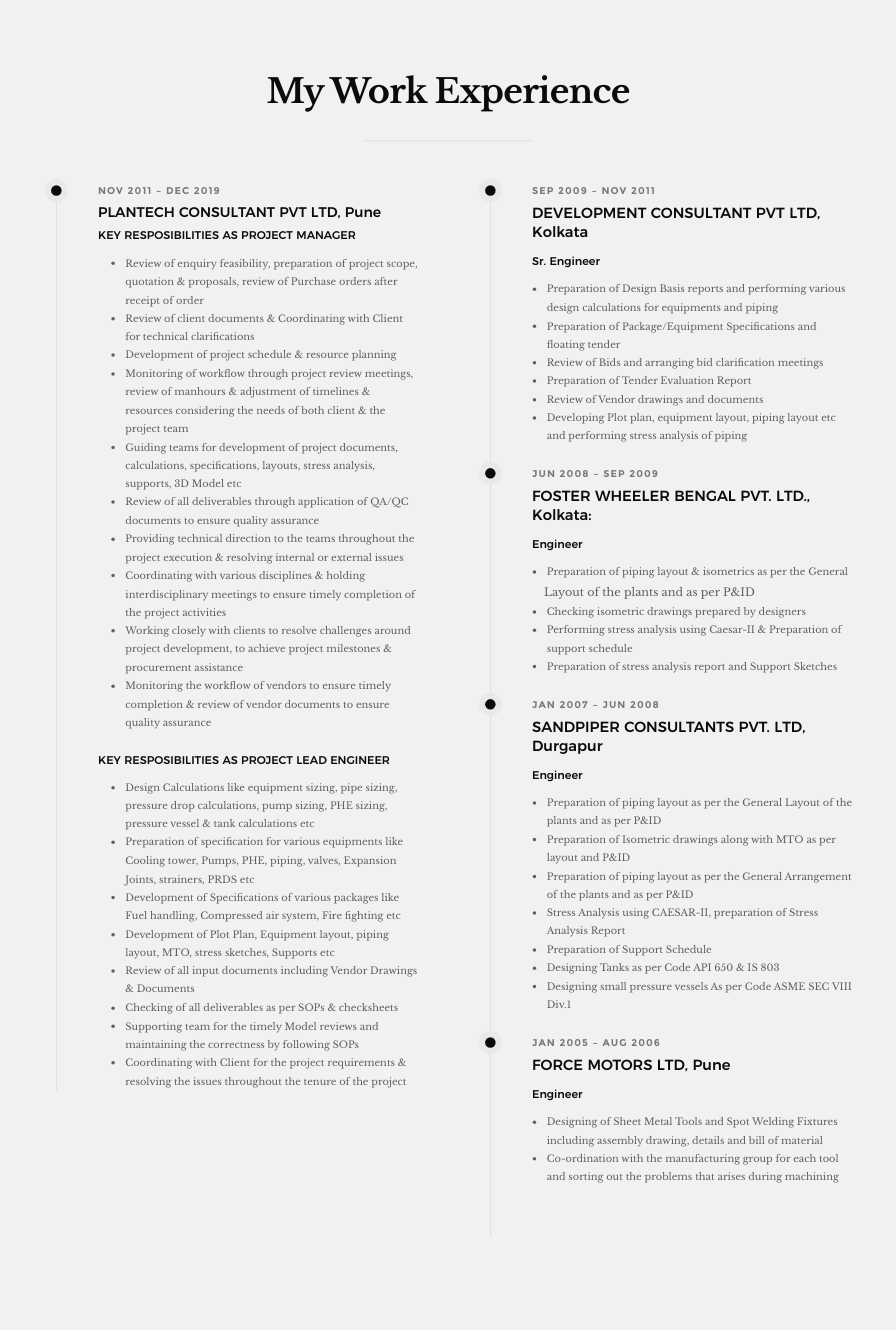
Repository: sumana1001/myprofile
Page: index.html
An editor plug-in stored every save of this project. The page is shown before and after the next save, followed by the edit.
The browser window is 1280 px wide. The pictures show the part of the page from y = 2444 to 4344 px (the page is 5769 px tall before and 5716 px after), at 70% of full size.
Pictures or frames that could not be fetched are drawn as grey boxes.

Above is the page before, as saved 2020-05-07 10:05:45.

After the next save:
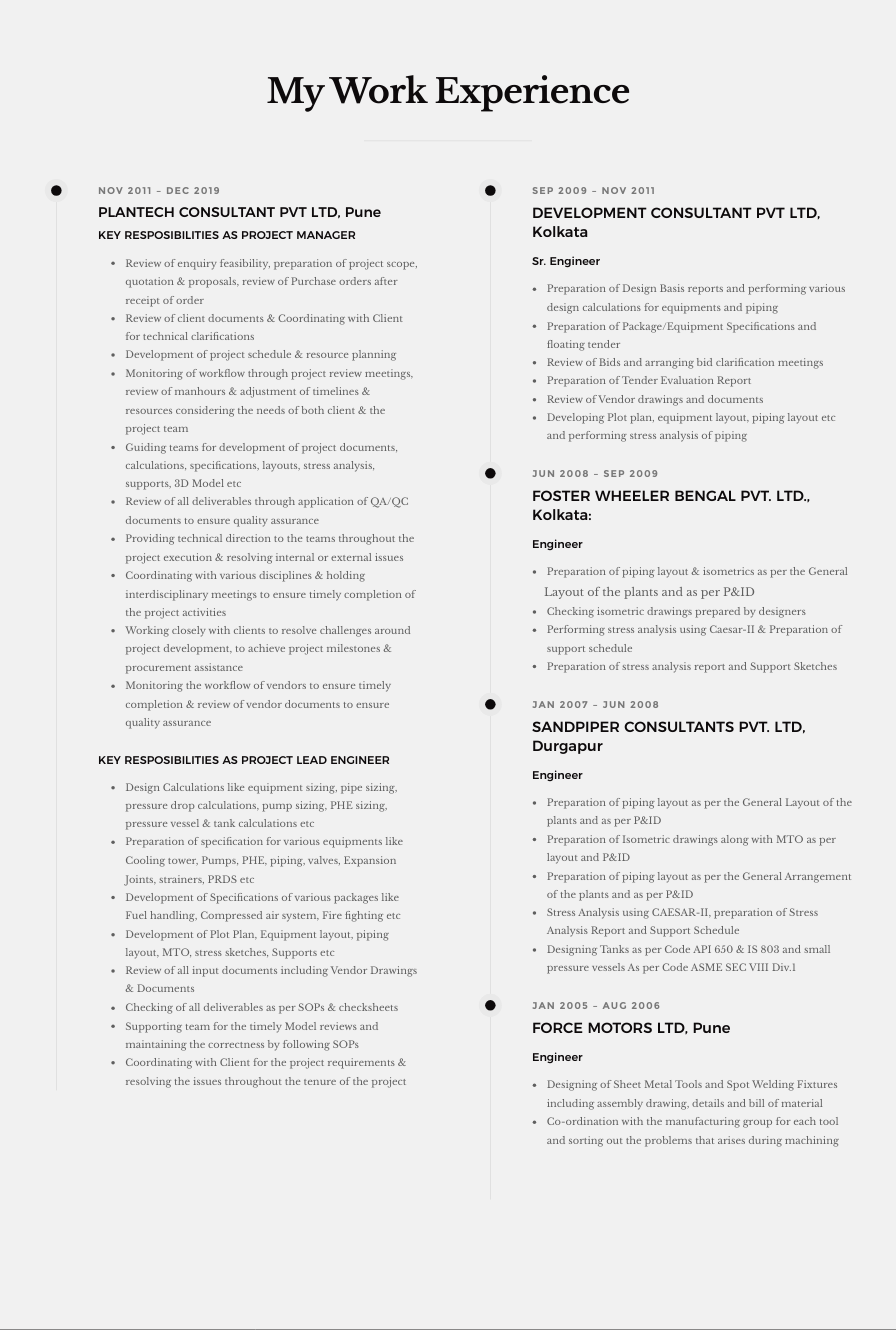
Saved 74 s later.
--- a/index.html
+++ b/index.html
@@ -345,10 +345,10 @@
                                 <li>Preparation of Isometric drawings along with MTO as per layout and P&ID</li>
                                 <li>Preparation of piping layout as per the General Arrangement of the plants and as per
                                     P&ID</li>
-                                <li>Stress Analysis using CAESAR-II, preparation of Stress Analysis Report</li>
-                                <li>Preparation of Support Schedule</li>
-                                <li>Designing Tanks as per Code API 650 & IS 803</li>
-                                <li>Designing small pressure vessels As per Code ASME SEC VIII Div.1</li>
+                                <li>Stress Analysis using CAESAR-II, preparation of Stress Analysis Report and Support
+                                    Schedule</li>
+                                <li>Designing Tanks as per Code API 650 & IS 803 and small pressure vessels As per Code
+                                    ASME SEC VIII Div.1</li>
                             </ul>
                         </div>
                     </div>
